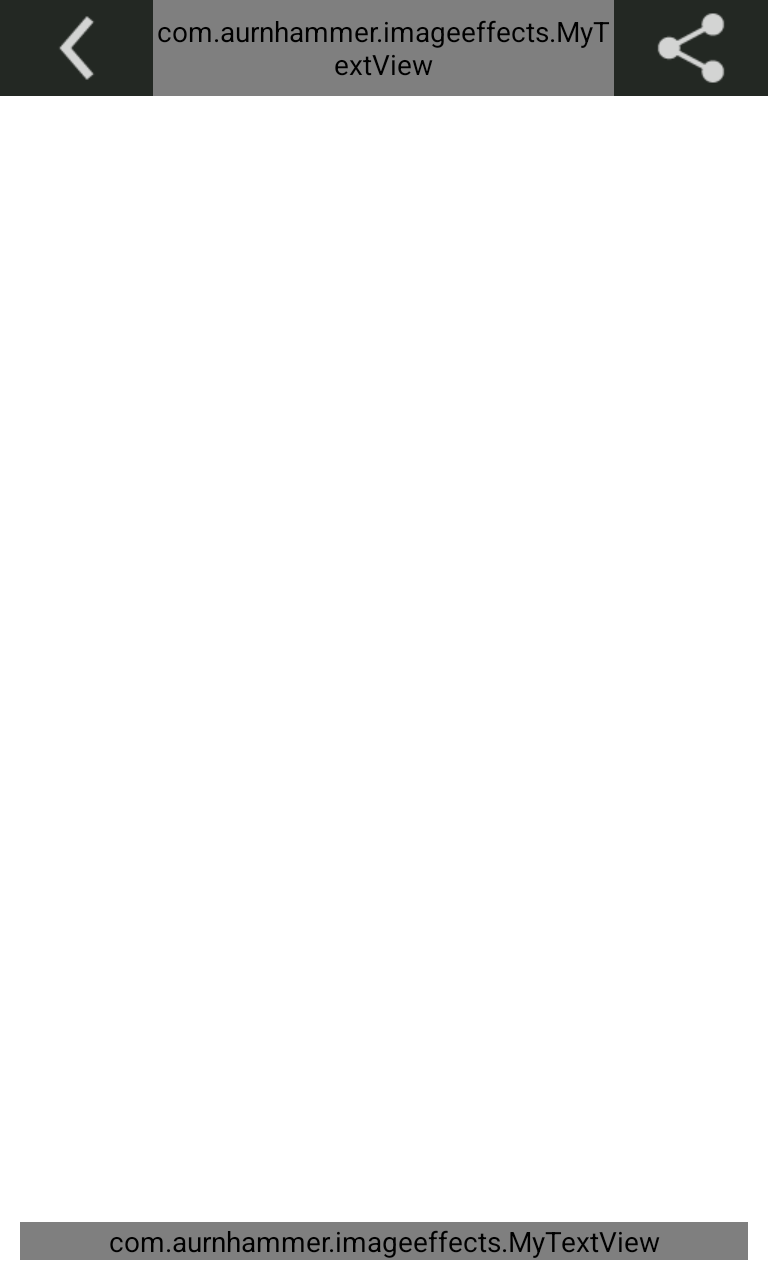
Repository: aurnhammer/Android-Image-Effects-Test
Layout: Image Effects/ImageEffects/res/layout/activity_photo_edit.xml
An editor plug-in stored every save of this project. The layout is shown before and after the next save, followed by the edit.
Pictures or frames that could not be fetched are drawn as grey boxes. It is drawn on a 768 x 1280 px phone screen (xhdpi) without system bars, with theme AppTheme; the app's code is not run.

Above is the layout before, as saved 2014-07-22 21:45:40.

After the next save:
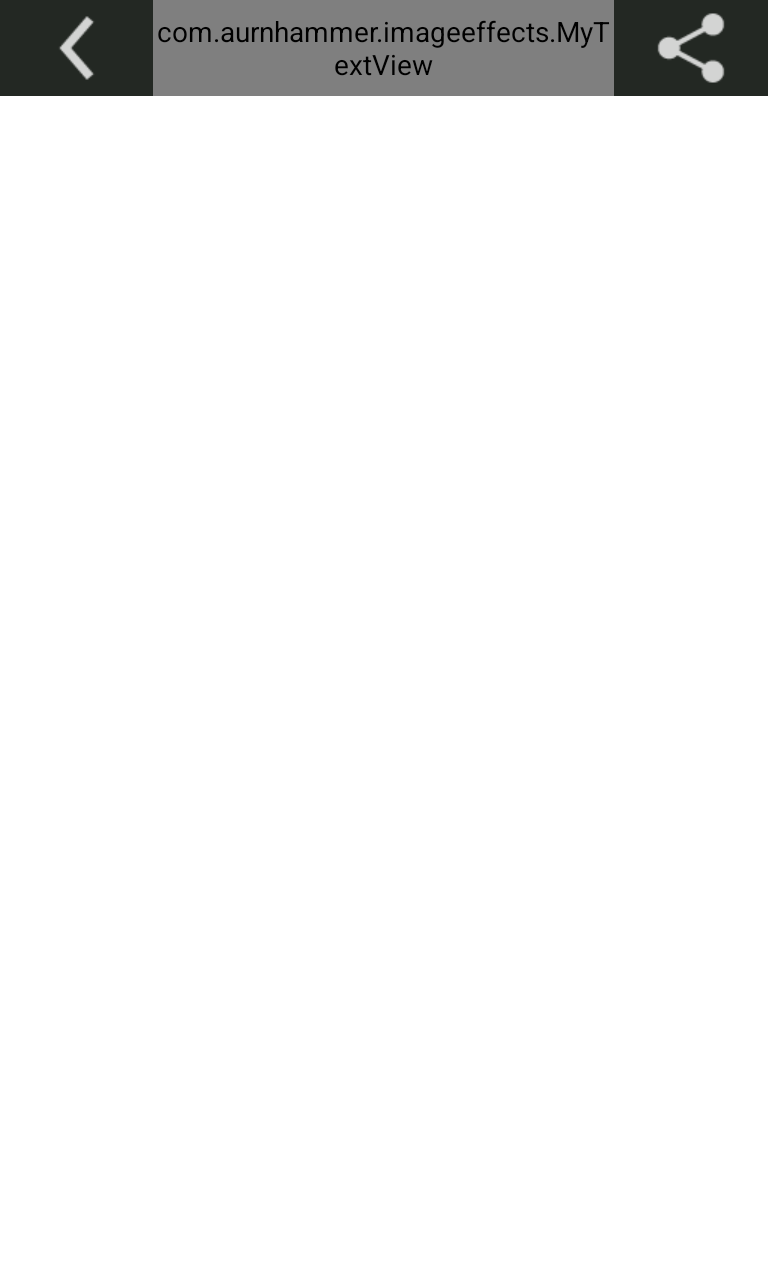
Saved 61 s later.
--- a/Image Effects/ImageEffects/res/layout/activity_photo_edit.xml
+++ b/Image Effects/ImageEffects/res/layout/activity_photo_edit.xml
@@ -67,16 +67,4 @@
             android:onClick="onLogo"/>
     </LinearLayout>
 
-    <com.aurnhammer.imageeffects.MyTextView
-        android:layout_width="wrap_content"
-        android:layout_height="wrap_content"
-        android:layout_alignParentBottom="true"
-        android:layout_alignParentLeft="true"
-        android:layout_alignParentRight="true"
-        android:layout_margin="10dp"
-        android:gravity="center"
-        android:text="Tap to change"
-        android:textAppearance="?android:attr/textAppearanceLarge"
-        android:textColor="@color/Black"/>
-
 </RelativeLayout>
